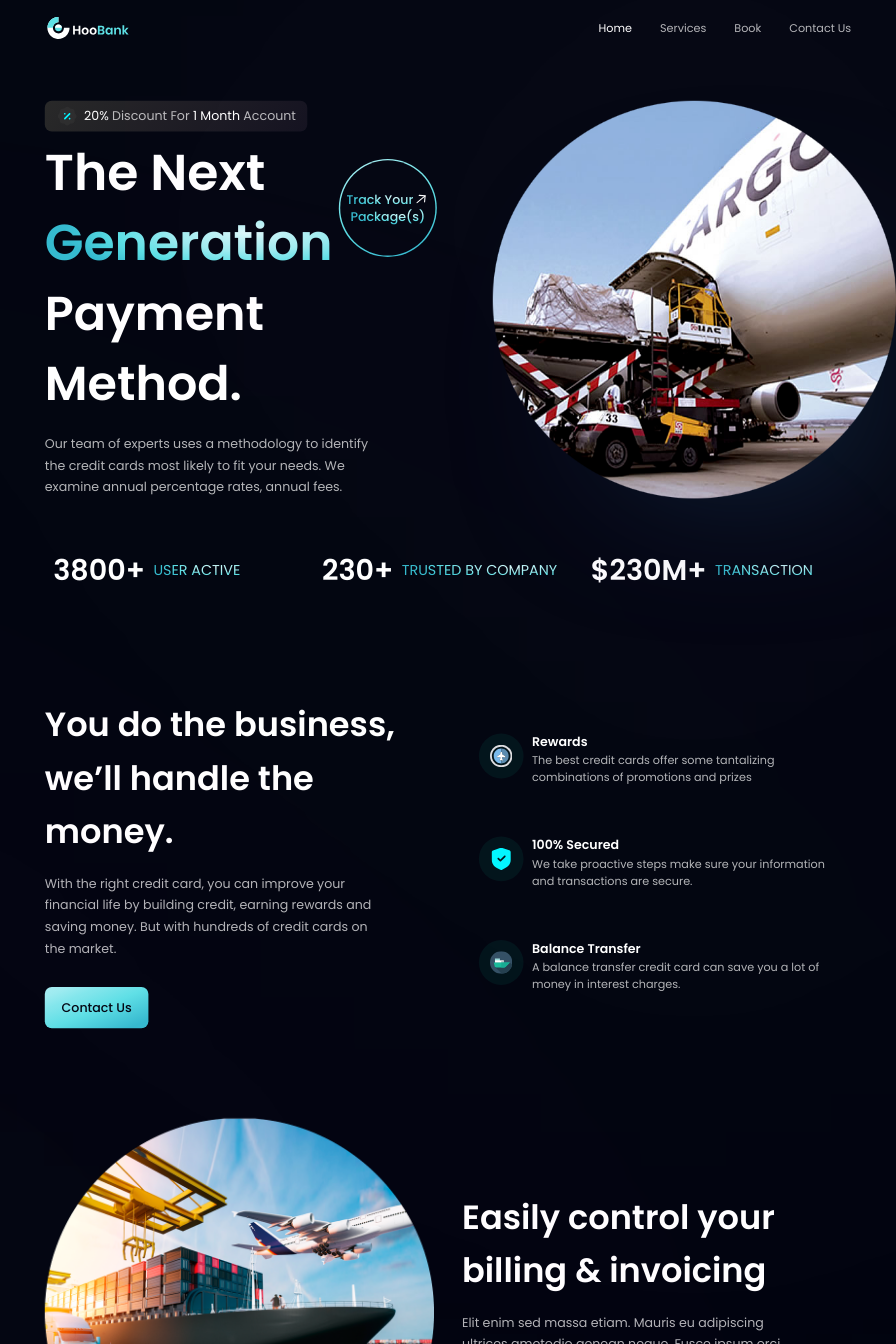
Repository: Miracleoluebube/captionlogistics
Page: /
An editor plug-in stored every save of this project. The page is shown before and after the next save, followed by the edit.
The browser window is 1280 px wide. The pictures show the part of the page from y = 0 to 1920 px (the page is 5015 px tall before and 4990 px after), at 70% of full size.
The project was rebuilt for these pictures with package versions that can differ from the ones it lists, and the page was loaded fresh each time. Also part of the build but not shown: vite.config.js.

Above is the page before, as saved 2022-10-01 07:29:52.

After the next save:
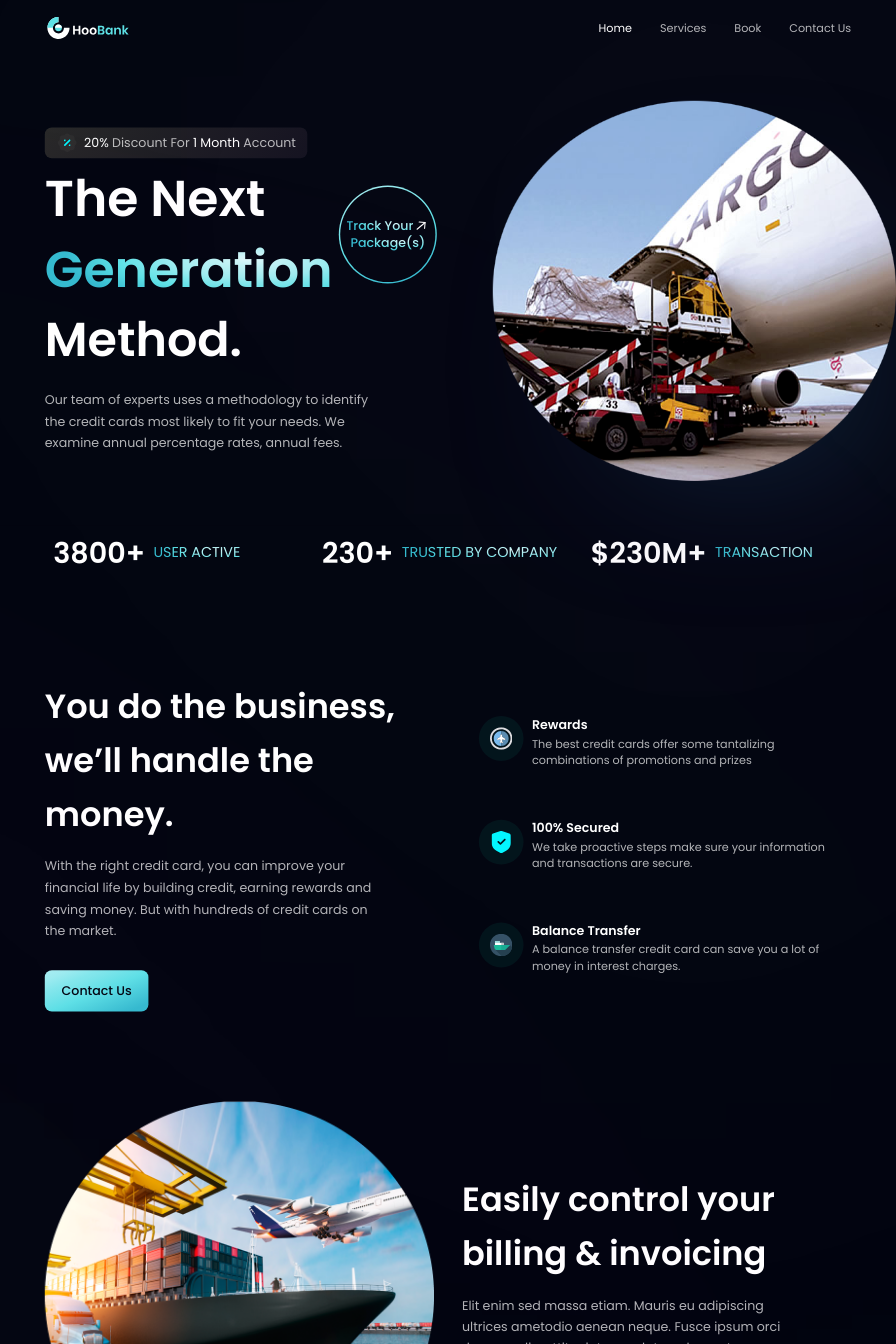
Saved 4 s later.
--- a/src/components/Hero.jsx
+++ b/src/components/Hero.jsx
@@ -25,7 +25,7 @@
         </div>
 
         <h1 className="font-poppins font-semibold ss:text-[68px] text-[52px] text-white ss:leading-[100.8px] leading-[75px] w-full">
-          Payment Method.
+           Method.
         </h1>
         <p className={`${styles.paragraph} max-w-[470px] mt-5`}>
           Our team of experts uses a methodology to identify the credit cards
